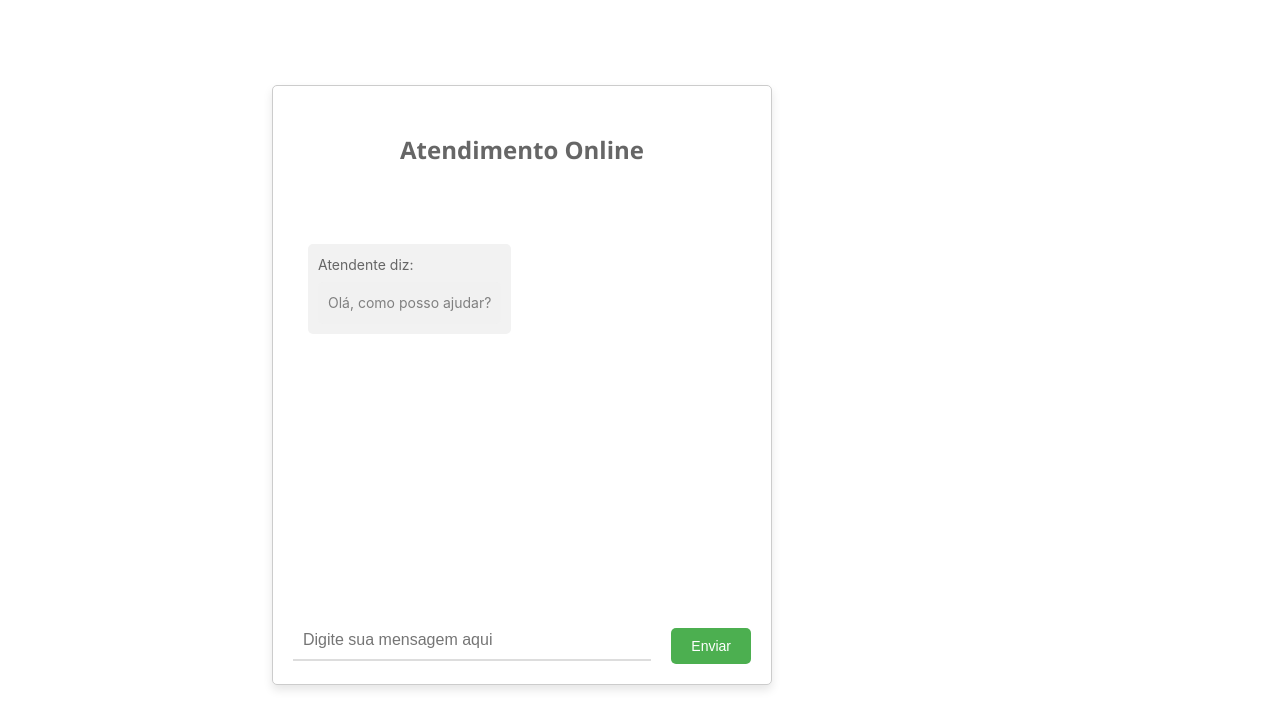
Repository: GabrielGuinzani/vueChat
Page: /
An editor plug-in stored every save of this project. The page is shown before and after the next save, followed by the edit.
The browser window is 1280 px wide. The pictures show the whole page.
Some web libraries are served in a nearby version. The project was rebuilt for these pictures with package versions that can differ from the ones it lists, and the page was loaded fresh each time. Also part of the build but not shown: vite.config.js.

Above is the page before, as saved 2023-04-18 21:54:53.

### index.html
<!-- <!DOCTYPE html>
<html lang="en">
  <head>
    <meta charset="UTF-8">
    <link rel="icon" href="/favicon.ico">
    <meta name="viewport" content="width=device-width, initial-scale=1.0">
    <title>Vite App</title>
  </head>
  <body>
    <div id="app"></div>
    <script type="module" src="/src/main.js"></script>
  </body>
</html> -->


<!-- <!DOCTYPE html>
<html lang="PT-BR">
<head>
  <meta charset="UTF-8">
  <title>Vue Chat App</title>
  <script src="https://unpkg.com/vue@3.2.6/dist/vue.global.js"></script>
</head>
<body>
  <div id="app">
    <chat></chat>
  </div>

  <script type="module" src="/src/main.js"></script>
</body>
</html> -->
<!DOCTYPE html>
<html lang="pt-br">
<head>
  <meta charset="UTF-8">
  <title>Vue Chat App</title>
  <script src="https://unpkg.com/vue@3.2.6/dist/vue.global.js"></script>
</head>
<body>
  <div id="app">
  </div>

  <script type="module" src="/src/main.js"></script>
</body>
</html>

### src/App.vue
<!-- <script setup>
import HelloWorld from './components/HelloWorld.vue'
import TheWelcome from './components/TheWelcome.vue'
</script>

<template>
  <header>
    <img alt="Vue logo" class="logo" src="./assets/logo.svg" width="125" height="125" />

    <div class="wrapper">
      <HelloWorld msg="You did it!" />
    </div>
  </header>

  <main>
    <TheWelcome />
  </main>
</template>

<style scoped>
header {
  line-height: 1.5;
}

.logo {
  display: block;
  margin: 0 auto 2rem;
}

@media (min-width: 1024px) {
  header {
    display: flex;
    place-items: center;
    padding-right: calc(var(--section-gap) / 2);
  }

  .logo {
    margin: 0 2rem 0 0;
  }

  header .wrapper {
    display: flex;
    place-items: flex-start;
    flex-wrap: wrap;
  }
}
</style> -->

<!--
<template>
  <div id="chat-screen">
    <div class="titulo">
      <h2>Atendimento Online</h2>
    </div>
    <div class="messages-list" id="conversa">
  </div>


    <div class="messages-list" ref="messagesList">
      <div v-for="(message, index) in messages" :key="index" :class="[message.type === 'user' ? 'message-item2' : 'message-item']">
        <div class="msg-user" v-if="message.type === 'user'"><strong>{{ message.author }} diz:</strong>
        </div>
        <div class="msg-chat">{{ message.text }}
        </div>

      </div>
    </div>
    <form id="form-chat-send" @submit.prevent="sendMessage">
      <input id="message" type="text" class="typebar" v-model="messageText" placeholder="Digite sua mensagem aqui">
      <button type="submit" class="botao">Enviar</button>
    </form>
  </div>
</template> -->

<template>
  <div id="chat-screen">
    <div class="titulo">
      <h2>Atendimento Online</h2>
    </div>
    <div class="messages-list" ref="messagesList">
      <div class="message-item message-fixed">
        <div class="msg-user"><strong>Atendente diz:</strong></div>
        <div class="msg-chat">Olá, como posso ajudar?</div>
      </div>
      <div v-for="(message, index) in messages" :key="index" :class="[message.type === 'user' ? 'message-item2' : 'message-item']">
        <div class="msg-user" v-if="message.type === 'user'"><strong>{{ message.author }} diz:</strong></div>
        <div class="msg-chat">{{ message.text }}</div>
      </div>
    </div>
    <form id="form-chat-send" @submit.prevent="sendMessage">
      <input id="message" type="text" class="typebar" v-model="messageText" placeholder="Digite sua mensagem aqui">
      <button type="submit" class="botao">Enviar</button>
    </form>
  </div>
</template>


<script>
export default {
  data() {
    return {
      messages: [],
      messageText: ''
    }
  },
  methods: {
    sendMessage() {
      const messageText = this.messageText.trim();
      if (messageText !== '') {
        this.messages.push({
          type: 'user',
          author: 'Você',
          text: messageText
        });
        this.messageText = '';
        this.$nextTick(() => {
          this.scrollToBottom();
        });
      }
    },
    scrollToBottom() {
      this.$refs.messagesList.scrollTop = this.$refs.messagesList.scrollHeight;
    }
  }
}
</script>

<style>
body {
  display: flex;
  justify-content: center;
  align-items: center;
  height: 600px;
}

#app {
  width: 800px;
  height: 600px;
}

#chat-screen {
  width: 500px;
  height: 600px;
  margin: 0 auto;
  border: 1px solid #ccc;
  background-color: #fff;
  padding: 20px;
  display: flex;
  flex-direction: column;
}

.titulo {
  text-align: center;
  font-size: 24px;
  margin-bottom: 20px;
  color: gray;
}

.messages-list {
  flex: 1;
  overflow-y: auto;
}

.message-item {
  background-color: #f2f2f2;
  border-radius: 5px;
  padding: 10px;
  margin-bottom: 10px;
  color: gray;
}

.message-item2 {
  background-color: #e6f7ff;
  border-radius: 5px;
  padding: 10px;
  margin-bottom: 10px;
  color: gray;
}

.msg-user {
  margin-bottom: 5px;
  color: gray;
}

.msg-chat {
  color: gray;
}

.typebar {
  width: 100%;
  padding: 10px;
  border: none;
  border-bottom: 1px solid #ccc;
  margin-right: 10px;
  font-size: 16px;
  color: gray;
}

.botao {
  background-color: #4CAF50;
  color: #fff;
  border: none;
  border-radius: 5px;
  padding: 10px;
  margin-top: 10px;
  cursor: pointer;
}


  .botao:hover {
    background-color: #0061a7;
    cursor: pointer;
  }

  #form-chat-send {
    display: flex;
    justify-content: center;
    margin-top: 20px;
  }
</style>

<style>
<style>
    html {
      box-sizing: border-box;
      font-size: 16px;
      font-family: 'Segoe UI', Tahoma, Geneva, Verdana, sans-serif;
    }

    *, *:before, *:after {
      box-sizing: inherit;
    }

    body, h1, h2, h3, h4, h5, h6, p, ol, ul {
      margin: 0;
      padding: 0;
      font-weight: normal;
    }

    ol, ul {
      list-style: none;
    }

    img {
      max-width: 100%;
      height: auto;
    }

    #form-chat-send {
      display: flex;
      align-items: center;
      margin-top: 20px;
    }

    .messages-list{
      margin: 15px 15px;
      padding-top: 15px;
      padding-bottom: 15px;
      overflow: auto;
      height: 400px;
    }

    /* width */
    ::-webkit-scrollbar {
      width: 8px;
    }

    /* Track */
    ::-webkit-scrollbar-track {
      background: #f1f1f1;
    }

    /* Handle */
    ::-webkit-scrollbar-thumb {
      background: #666;
      border-radius: 15px;
    }

    /* Handle on hover */
    ::-webkit-scrollbar-thumb:hover {
      background: #999;
    }

    body {
      font-family: Arial, sans-serif;
      background-color: #f9f9f9;
      margin: 0;
    }

    #chat-screen {
      max-width: 720px;
      margin: 5% auto 20px auto;
      padding: 20px;
      background-color: #fff;
      border-radius: 5px;
      box-shadow: 0 5px 10px rgba(0,0,0,.1);
    }

    .titulo {
      padding: 25px;
      display: flex;
      flex-direction: column;
      justify-content: center;
      text-align: center;
      margin-bottom: 20px;
      font-family: 'Segoe UI', Tahoma, Verdana, sans-serif;
      color: #666;
    }

    .titulo h2 {
      font-weight: bold;
      font-size: 24px;
    }

    .message-item {
      display: flex;
      flex-direction: column;
      margin-bottom: 20px;
      max-width: fit-content;
      margin-right: auto;
    }

    .message-item2 {
      display: flex;
      max-width: fit-content;
      flex-direction: column;
      justify-content: flex-end;
      margin-bottom: 20px;
      text-align: right;
      margin-left: auto;
      margin-right: 10px;
    }

    .msg-user {
      color: #666;
      font-size: 14px;
      margin-right: 10px;
      font-weight: bold;
      margin-bottom: 5px;
    }

    .msg-chat {
      background-color: #f1f1f1;
      padding: 10px;
      border-radius: 5px;
      font-size: 14px;
      overflow-wrap: break-word;
    }

    .typebar {
      flex: 1;
      padding: 10px;
      border: none;
      border-bottom: 2px solid #ddd;
    }
    .botao {
      background-color: #4caf50;
      color: white;
      padding: 10px 20px;
      border: none;
      border-radius: 5px;
      cursor: pointer;
      font-size: 14px;
      margin-left: 10px;
      transition: 0.6s;
  }

  .botao:hover {
      background-color: #3e8e41;
  }

  /* Adição para tornar a caixa do chat responsiva */
  @media only screen and (max-width: 768px) {
    #chat-screen {
      max-width: 90%;
    }

    .messages-list {
      height: 200px;
    }
  }

</style>

Loaded but not shown: src/main.js (common file); src/assets/main.css (common file); src/assets/base.css (common file)

After the next save:
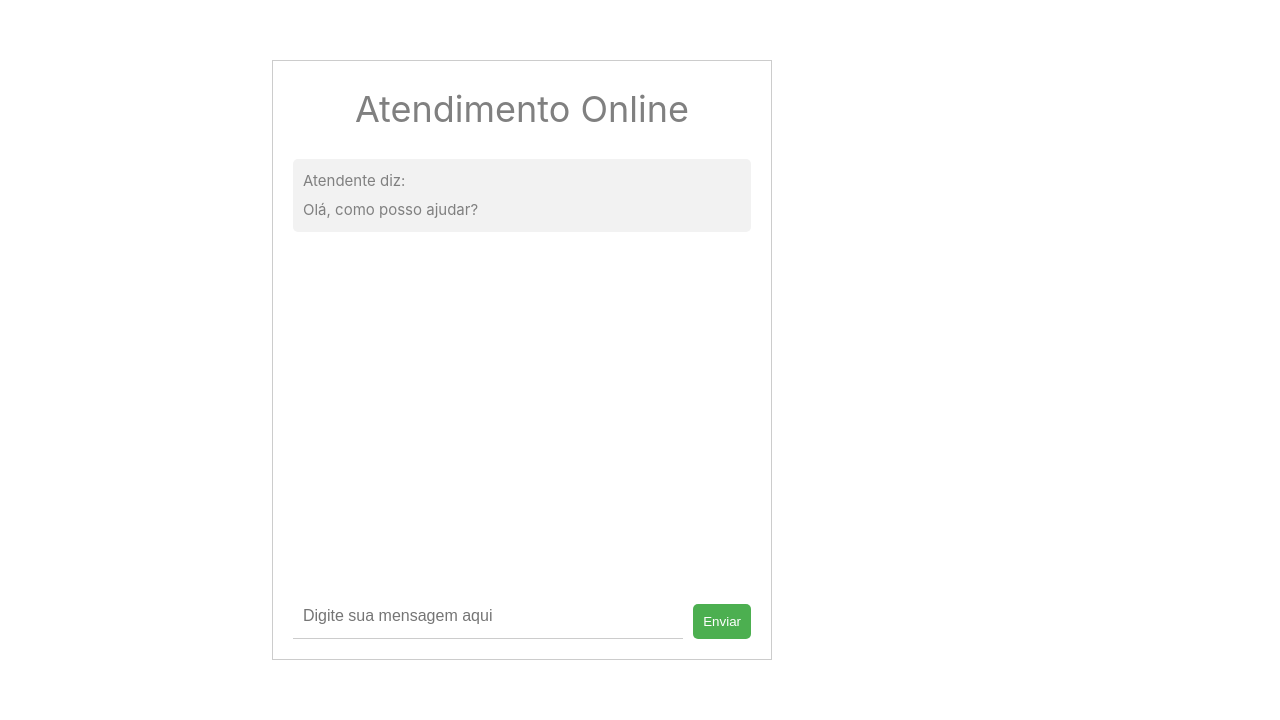
Saved 8 s later.
--- a/src/App.vue
+++ b/src/App.vue
@@ -218,7 +218,7 @@ body {
     margin-top: 20px;
   }
 </style>
-
+<!--
 <style>
 <style>
     html {
@@ -380,4 +380,4 @@ body {
     }
   }
 
-</style>
+</style> -->
